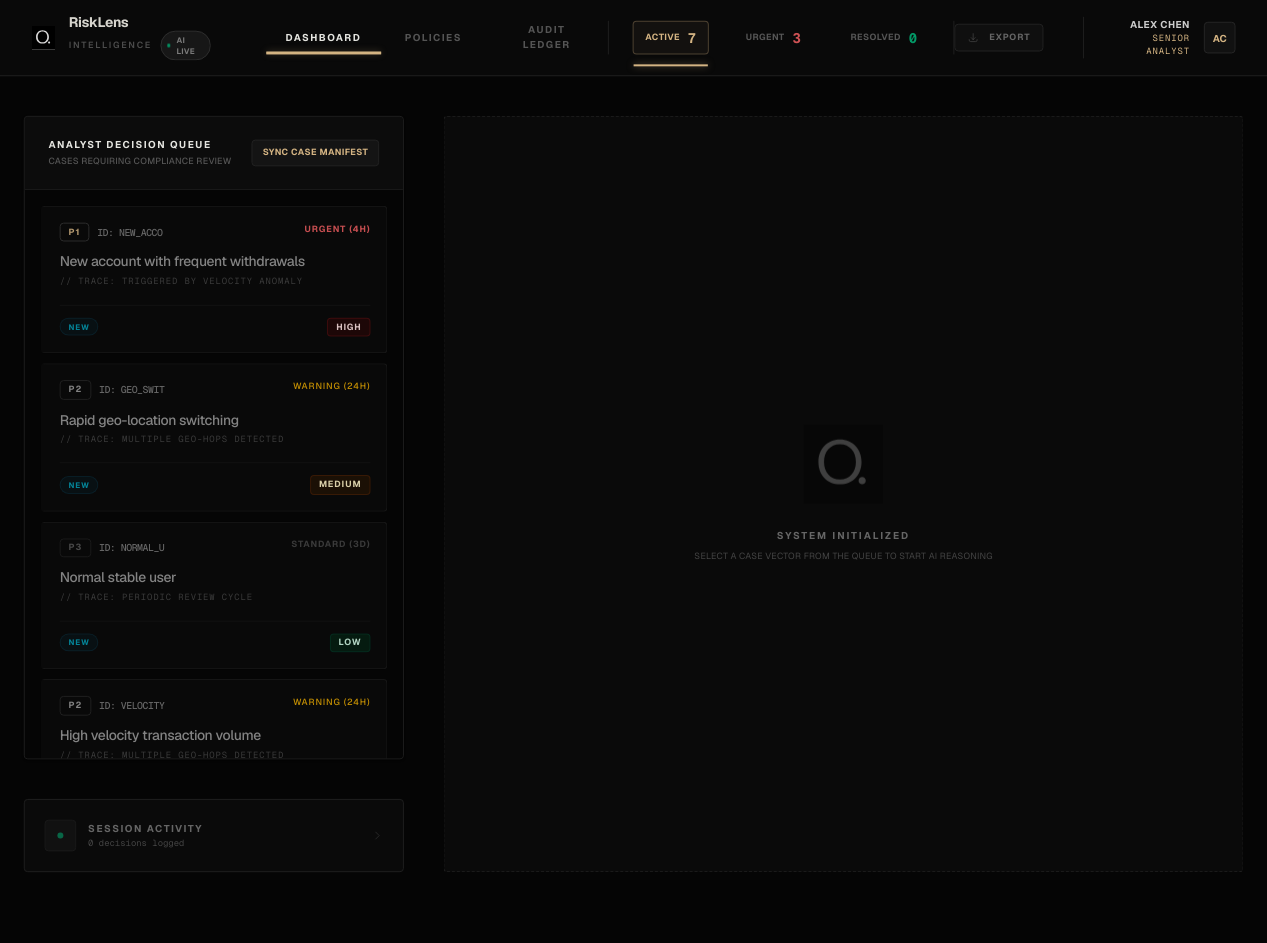
Repository: WorodHazim/risklens-demo
Page: /
An editor plug-in stored every save of this project. The page is shown before and after the next save, followed by the edit.
The browser window is 1280 px wide. The pictures show the whole page, at 99% of full size.
The project was rebuilt for these pictures with package versions that can differ from the ones it lists, and the page was loaded fresh each time. The framework's server and built-in components were replaced by stand-ins that run in the browser. Also part of the build but not shown: next.config.ts, app/components/ActionIntelligence.tsx, app/components/ExportCenter.tsx, app/components/PoliciesView.tsx, app/components/AuditLedgerView.tsx, app/components/ImpactProjection.tsx, app/components/HumanReview.tsx.

Above is the page before, as saved 2026-02-06 18:52:46.

After the next save:
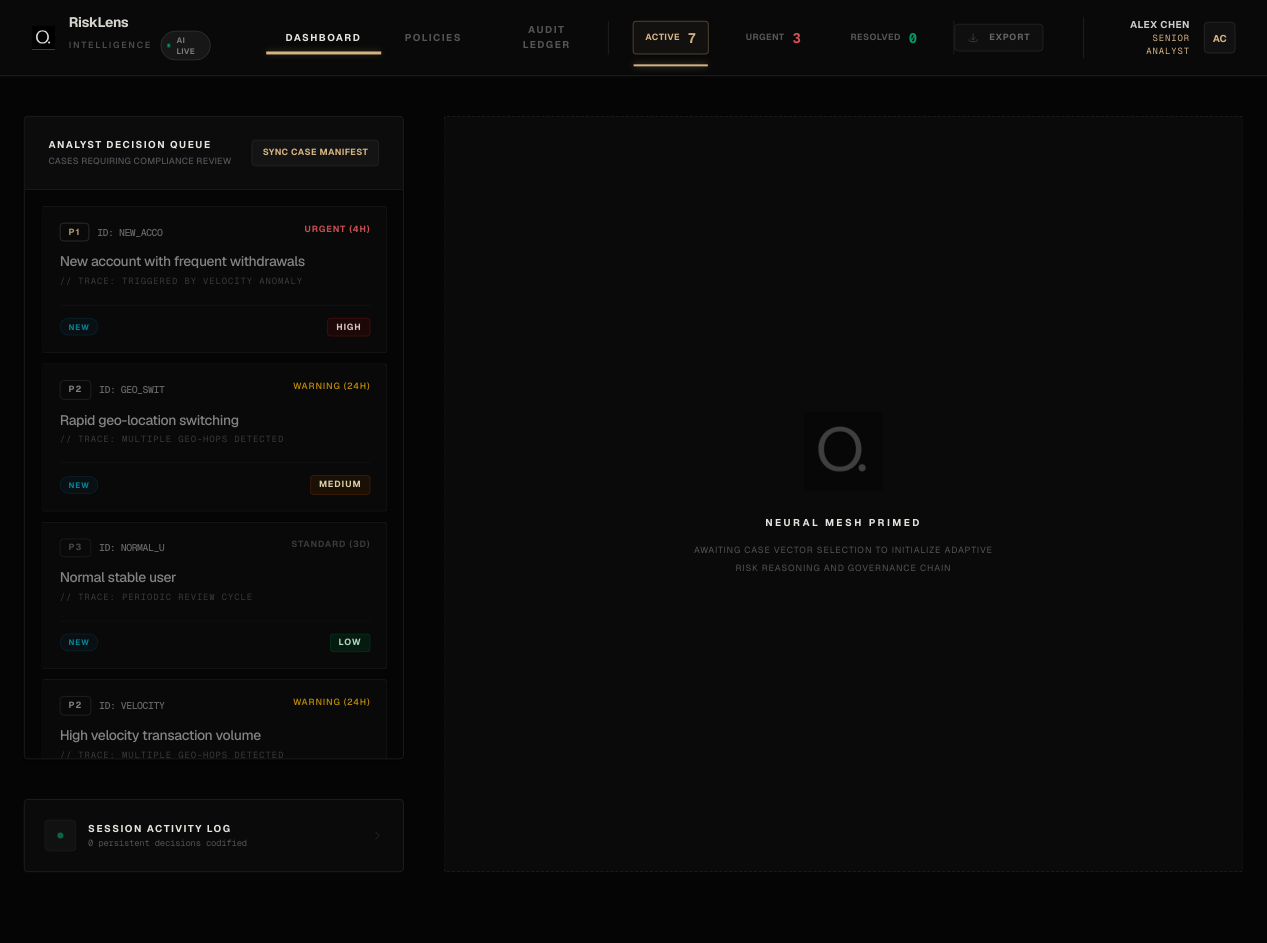
Saved 16 s later.
--- a/app/components/DashboardClient.tsx
+++ b/app/components/DashboardClient.tsx
@@ -258,8 +258,8 @@ export default function DashboardClient() {
                                             <span className="w-1.5 h-1.5 rounded-full bg-emerald-500/50"></span>
                                         </div>
                                         <div>
-                                            <h2 className="text-[10px] font-bold text-[#666] uppercase tracking-[0.15em] mb-0.5 group-hover:text-[#888] transition-colors">Session Activity</h2>
-                                            <p className="text-[9px] text-[#444] font-mono">{auditLog.length} decision{auditLog.length !== 1 ? 's' : ''} logged</p>
+                                            <h2 className="text-[10px] font-bold text-[#E5E5E0] uppercase tracking-[0.15em] mb-0.5 group-hover:text-[#D4B483] transition-colors">Session Activity Log</h2>
+                                            <p className="text-[9px] text-[#555] font-mono tracking-tight">{auditLog.length} persistent decision{auditLog.length !== 1 ? 's' : ''} codified</p>
                                         </div>
                                     </div>
                                     <svg className="w-3 h-3 text-[#333] group-hover:text-[#666] transition-all" fill="none" viewBox="0 0 24 24" stroke="currentColor"><path strokeLinecap="round" strokeLinejoin="round" strokeWidth={1.5} d="M9 5l7 7-7 7" /></svg>
@@ -275,8 +275,8 @@ export default function DashboardClient() {
                                         <Image src="/risklens-logo.svg" alt="Logo" fill className="object-contain" />
                                     </div>
                                     <div className="text-center max-w-sm px-8">
-                                        <p className="text-[10px] font-bold text-[#666] mb-2 uppercase tracking-[0.2em]">System Initialized</p>
-                                        <p className="text-[9px] text-[#444] uppercase tracking-wide">Select a case vector from the queue to start AI reasoning</p>
+                                        <p className="text-[10px] font-bold text-[#E5E5E0] mb-3 uppercase tracking-[0.25em]">Neural Mesh Primed</p>
+                                        <p className="text-[9px] text-[#555] uppercase tracking-widest leading-loose">Awaiting case vector selection to initialize adaptive risk reasoning and governance chain</p>
                                     </div>
                                 </div>
                             ) : (
@@ -294,8 +294,8 @@ export default function DashboardClient() {
                                                 </div>
                                                 <div className="flex-1">
                                                     <div className="flex items-center justify-between mb-8">
-                                                        <h2 className="text-[11px] font-bold text-[#666] uppercase tracking-[0.3em]">AI Reasoning Chain</h2>
-                                                        <span className="text-[10px] font-mono text-[#D4B483] px-3 py-1 bg-[#111] border border-[#222]">CASE: {selectedId?.toUpperCase()}</span>
+                                                        <h2 className="text-[11px] font-bold text-[#E5E5E0] uppercase tracking-[0.3em]">AI Reasoning & Intent Analysis</h2>
+                                                        <span className="text-[9px] font-mono text-[#444] px-3 py-1 bg-[#111] border border-[#1A1A1A] tracking-tighter uppercase">Identifier: {selectedId?.toUpperCase()}</span>
                                                     </div>
                                                     <p className="text-2xl text-[#E5E5E0] leading-relaxed font-light mb-12 border-l-[4px] border-[#D4B483]/30 pl-10 italic">
                                                         "{result.explanation}"
@@ -304,14 +304,14 @@ export default function DashboardClient() {
                                             </div>
                                         </div>
                                         <div className="bg-[#0C0C0C] px-10 py-6 border-t border-[#1F1F1F] flex justify-between items-center">
-                                            <div className="flex items-center gap-4">
-                                                <span className="text-[10px] font-bold text-[#555] uppercase tracking-widest">Recommendation:</span>
+                                            <div className="flex items-center gap-6">
+                                                <span className="text-[9px] font-bold text-[#444] uppercase tracking-[0.2em]">Primary Mitigation Strategy:</span>
                                                 <button
                                                     onClick={() => setIsActionPanelOpen(true)}
-                                                    className="px-4 py-2 bg-[#161616] border border-[#222] text-[#D4B483] text-[11px] font-bold uppercase tracking-widest hover:border-[#D4B483]/50 transition-all flex items-center gap-2"
+                                                    className="px-6 py-2.5 bg-[#111] border border-[#222] text-[#D4B483] text-[10px] font-bold uppercase tracking-[0.2em] hover:bg-[#161616] hover:border-[#D4B483]/30 transition-all flex items-center gap-3 active:scale-[0.98]"
                                                 >
                                                     {result.recommended_action}
-                                                    <svg className="w-3.5 h-3.5" fill="none" viewBox="0 0 24 24" stroke="currentColor"><path strokeLinecap="round" strokeLinejoin="round" strokeWidth={2} d="M14 5l7 7m0 0l-7 7m7-7H3" /></svg>
+                                                    <div className="w-1.5 h-1.5 rounded-full bg-[#D4B483] animate-pulse"></div>
                                                 </button>
                                             </div>
                                         </div>
